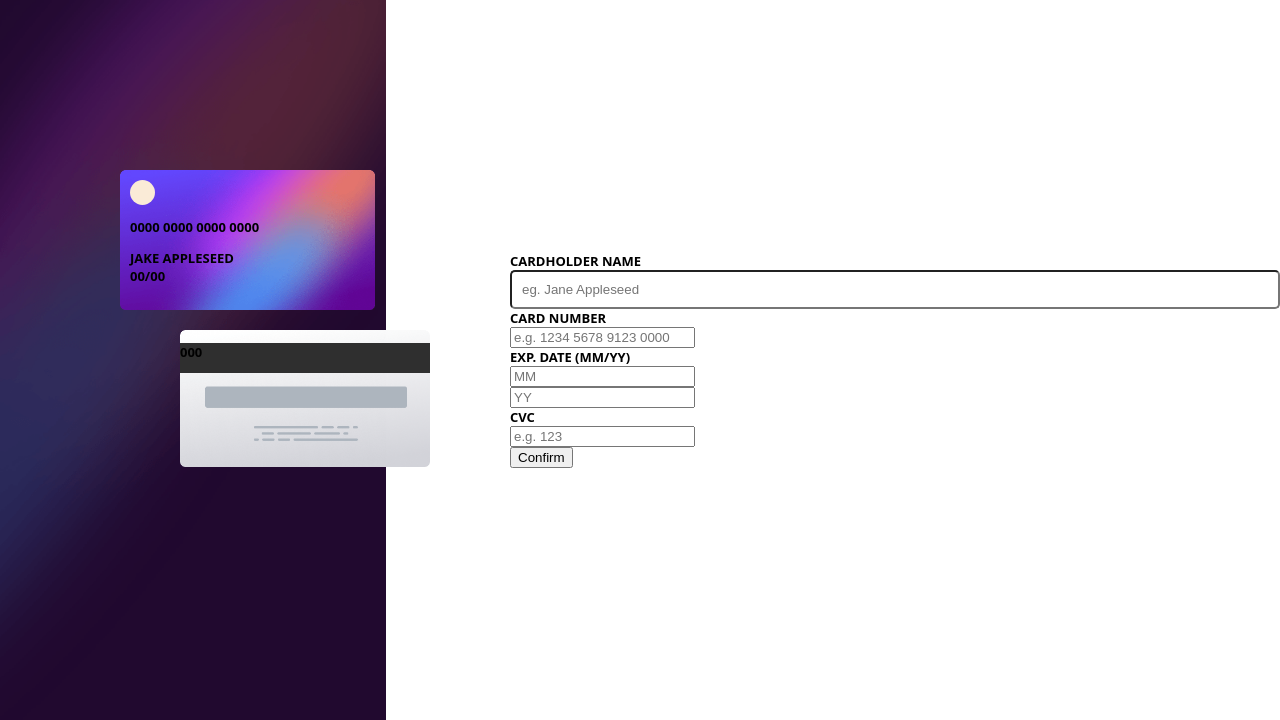
Repository: Celebration-cloud/my-project
Page: interactive-card-details-form-main/index.html
These files come from the project's save history. The page is drawn as it stood at one moment and after the next save; the edit follows.
The browser window is 1280 px wide. The pictures show the whole page.

Above is the page before, as saved 2023-08-23 00:46:56.

### interactive-card-details-form-main/index.html
<!DOCTYPE html>
<html lang="en">
<head>
  <meta charset="UTF-8">
  <meta name="viewport" content="width=device-width, initial-scale=1.0"> <!-- displays site properly based on user's device -->

  <link rel="icon" type="image/png" sizes="32x32" href="./images/favicon-32x32.png">
  <link rel="stylesheet" href="index.css">

  <title>Frontend Mentor | Interactive card details form</title>

  <!-- Feel free to remove these styles or customise in your own stylesheet 👍 -->
  <style>
    .attribution { font-size: 11px; text-align: center; }
    .attribution a { color: hsl(228, 45%, 44%); }
  </style>
</head>
<body>
  <div class="container">
    <section id="section-a" class="section-a">
      <div id="card">
        <div id="profile"></div><span class="detail"></span>
        <p id="card-number">0000 0000 0000 0000</p>
        <div id="others">
          <div id="card-name">JAKE APPLESEED</div>
          <div id="exp-date">00/00</div>
        </div>
      </div>
      <div id="card-back">
        <p id="cvc-digit">000</p>
      </div>

    </section>
    <!-- Add your site or application content here -->
    <!-- Card Details Form Section-->
    <section id="section-b" class="section-b">
      <form action="">
        <label for="name" id="cardholder-numeber-label">CARDHOLDER NAME</label><br/>
        <input name="name" id="cardholder-numeber-input" aria-required="false" placeholder="eg. Jane Appleseed" required/><br/>
        <label for="card-number" id="card-number-label">CARD NUMBER</label><br/>
        <input name="card-number" id="card-number-input" type="tel" aria-required="false" placeholder="e.g. 1234 5678 9123 0000" required/><br/>
        <label for="expire-date" id="expire-date-label">EXP. DATE (MM/YY)</label><br/>
        <input name="expire-date" id="expire-date" type="tel" aria-required="false" placeholder="MM" required/><br/>
        <input name="expire-date" id="expire-date2" type="tel" aria-required="false" placeholder="YY" required/><br/>
        <label for="cvc" id="cvc-label">CVC</label><br/>
        <input name="cvc" aria-required="false" id="cvc" type="tel" placeholder="e.g. 123" required/><br/>
        <button type="submit">Confirm</button>
      </form>

    </section>
  </div>

  <!-- 0000 0000 0000 0000
  00/00

  000

  Cardholder Name
  e.g. Jane Appleseed

  Card Number
  e.g. 1234 5678 9123 0000

  Exp. Date (MM/YY)
  MM
  YY

  CVC
  e.g. 123

  Confirm -->

  <!-- Completed state start -->

  <!-- Thank you!
  We've added your card details
  Continue -->

  <!-- <div class="attribution">
    Challenge by <a href="https://www.frontendmentor.io?ref=challenge" target="_blank">Frontend Mentor</a>.
    Coded by <a href="#">Your Name Here</a>.
  </div> -->
</body>
</html>

### interactive-card-details-form-main/index.css
body{
    font-family: system-ui, -apple-system, BlinkMacSystemFont, 'Segoe UI', Roboto, Oxygen, Ubuntu, Cantarell, 'Open Sans', 'Helvetica Neue', sans-serif;
    font-weight: bolder;
    font-size: small;
    margin: 0;
    -webkit-user-select: none;
    user-select: none;
    padding: 0;
    background-image: url(images/bg-main-desktop.png);
    background-repeat: no-repeat;
    background-size: contain;
    height: 100%;
}
.container{
    display: flex;
    height: 100vh;
    gap: 80px;
}
#section-a{
    align-self: center;
    width: 50%;
    gap: 20px;
    display: flex;
    flex-direction: column;

}
#card{
    background-image: url(images/bg-card-front.png);
    background-repeat: no-repeat;
    background-size: contain;
    width: 290px;
    height: 120px;
    border-radius: 5px;
    padding: 10px;
    margin-left: 120px;
    display: flex;
    flex-direction: column;
}
#profile{
    width: 25px;
    height: 25px;
    background-color: antiquewhite;
    border-radius: 100%;
}
#card-number{

}
#others{

}
#exp-date{

}
#card-back{
    background-image: url(images/bg-card-back.png);
    background-repeat: no-repeat;
    background-size: contain;
    width: 250px;
    height: 220px;
    border-radius: 5px;
    align-self: flex-end;
}
#cvc-digit{

}
#section-b{
    align-self: center;
    width: 500%;
}
#cardholder-numeber-input{
    box-sizing: border-box;
    padding: 10px;
    border-radius: 5px;
    width: 100%;
}

After the next save:
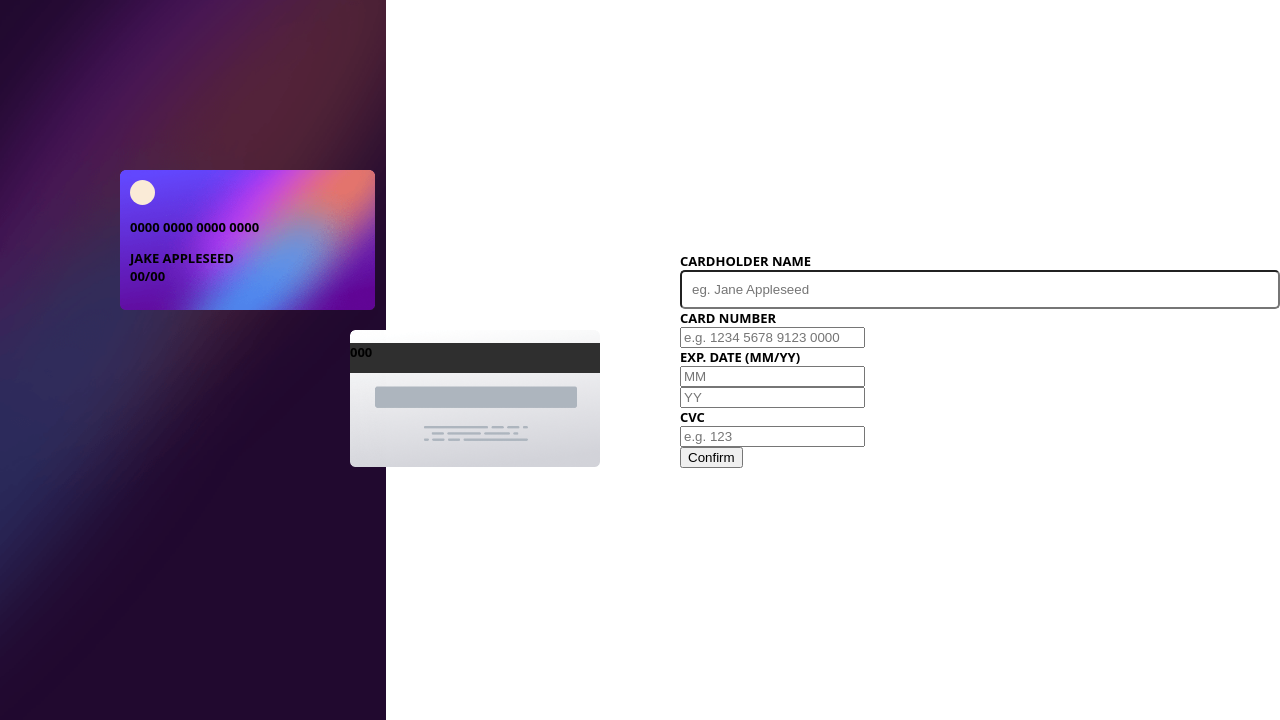
Saved 13 s later.
--- a/interactive-card-details-form-main/index.css
+++ b/interactive-card-details-form-main/index.css
@@ -65,7 +65,7 @@ body{
 }
 #section-b{
     align-self: center;
-    width: 500%;
+    width: 50%;
 }
 #cardholder-numeber-input{
     box-sizing: border-box;
